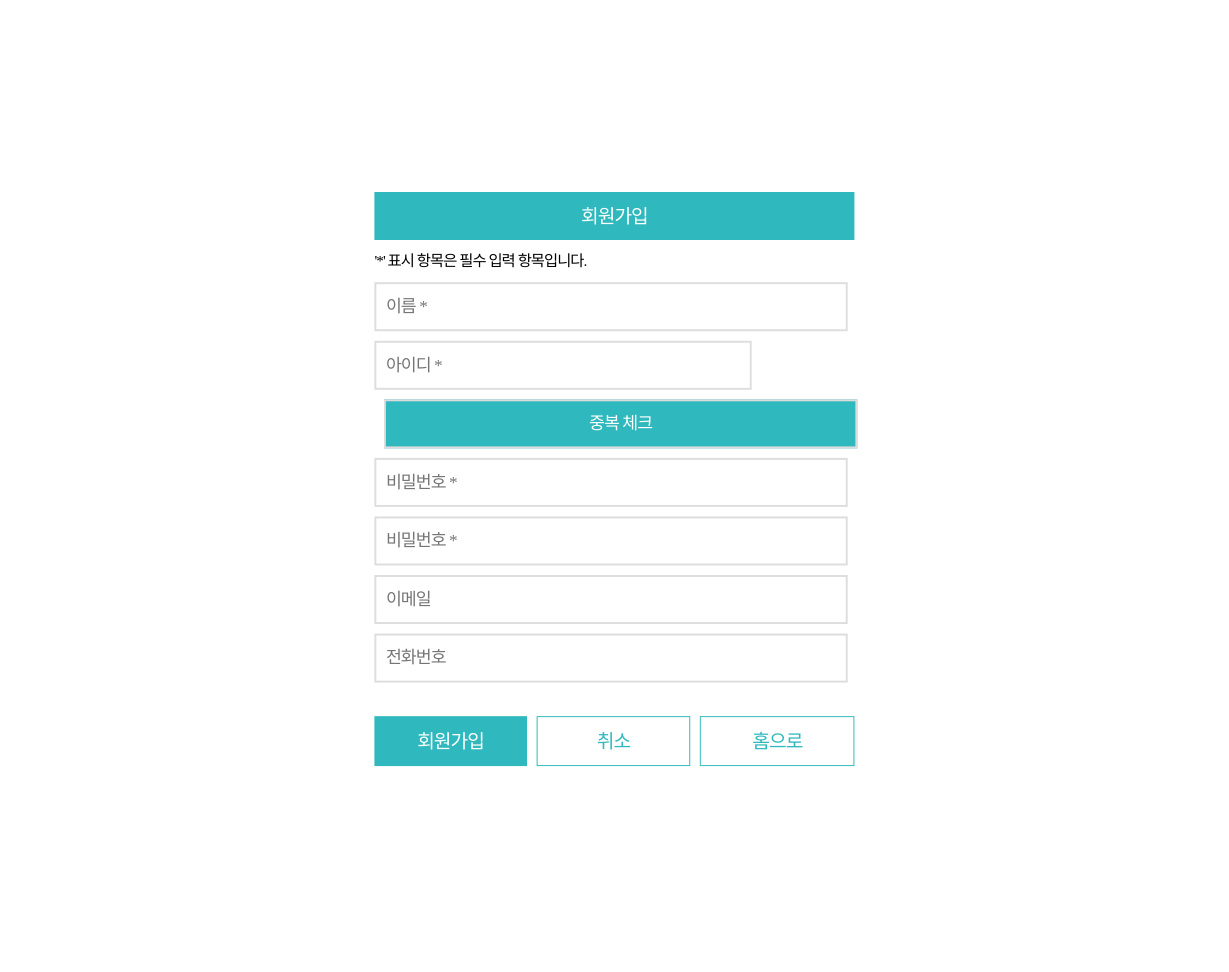
Repository: InhoKang92/jsp_1018
Page: http://localhost/Web_01/join.jsp
An editor plug-in stored every save of this project. The page is shown before and after the next save, followed by the edit.
The browser window is 1280 px wide. The pictures show the whole page, at 96% of full size.
Some web fonts or font styles are not loaded; a fallback is used. The page is served by Tomcat 9. Other server files are loaded and not shown.

Above is the page before, as saved 2024-10-16 02:13:16.

### Web_01/src/main/webapp/join.jsp
<%@ page language="java" contentType="text/html; charset=UTF-8"
pageEncoding="UTF-8"%>
<!DOCTYPE html>
<html>
<head>
<meta charset="UTF-8">

<link rel="stylesheet" href="css/reset.css">
<link rel="stylesheet" href="css/join.css">

<title>모던하우스 회원가입</title>
</head>
<body>


      <form method="post" name="frm">

        <div class="join_box">
            <div class="title_box">회원가입</div>
            <p class="mand">'*' 표시 항목은 필수 입력 항목입니다.</p>
            <div class="input_box">
            	<input class="name_input" type="text" placeholder="이름 *" name="username">
                <input class="id_input" type="text" placeholder="아이디 *" name="userid">
                <input class="idcheck_btn" type="button" value="중복 체크" onclick="idCheck()">
                <input class="pw_input" type="password" placeholder="비밀번호 *" name="pwd">
                <input class="pw_check_input" type="password" placeholder="비밀번호 *" name="pwd_check">
                <input class="email_input" type="text" placeholder="이메일" name="email">
            	<input class="phone_input" type="text" placeholder="전화번호" name="phone">
            </div>
            <div class="button_box">
            	<input type="submit" class="join_btn" value="회원가입" onclick="return ">
            	<input type="reset" class="reset_btn" value="취소">
            	<input type="button" class="home_btn" value="홈으로" onclick="location.href='ModernServlet?command=mdh_index'">
            </div>


        </div>
      </form>

</body>
</html>

### Web_01/src/main/webapp/css/reset.css
@charset "utf-8";

@font-face {
    font-family: 'Pretendard-Regular';
    src: url('https://fastly.jsdelivr.net/gh/Project-Noonnu/noonfonts_2107@1.1/Pretendard-Regular.woff') format('woff');
    font-weight: 400;
    font-style: normal;
}

/* CSS 리셋 */
* {
    margin: 0;
    padding: 0;
    color: #000;
    list-style: none;
    text-decoration: none;
    box-sizing: border-box;
    line-height: 1.5;
    letter-spacing: -1px;
    font-family: 'Pretendard-Regular';
}

### Web_01/src/main/webapp/css/join.css
@charset "utf-8";

.join_box {
    width: 500px;
    margin: 200px auto;
}
.title_box {
    width: 100%;
    background-color: #2fb8bd;
    border: none;
    color: #fff;
    font-size: 20px;
    padding: 10px;
    text-align: center;
}
.mand {
	margin: 10px 0;
}

.input_box {
    width: 500px;
}

.input_box>input {
    display: inline-block;
    width: 493px;
    border: 2px solid #ddd;
    padding: 10px;
    font-size: 18px;
    margin-bottom: 10px;
}

.input_box>.id_input {
    display: inline-block;
    width: 393px;
    border: 2px solid #ddd;
    padding: 10px;
    font-size: 18px;
    margin-bottom: 10px;
}

.idcheck_btn {
	display: inline-block;
	width: 90px;
	margin-left: 10px;
	border: none;
	background-color: #2fb8bd;
	color: #fff;
	padding: 10px;
    font-size: 14px;
}

.button_box {
    display: flex;
    gap: 10px;
    width: 500px;

}
.join_btn {
	flex: 1;
	text-align: center;
	background-color: #2fb8bd;
    border: none;
    color: #fff;
    font-size: 20px;
    padding: 10px;
    margin-top: 25px;
    margin-bottom: 15px;
    cursor: pointer;
}

.reset_btn {
	flex: 1;
	text-align: center;
	background-color: #fff;
    border: 1px solid #2fb8bd;
    color: #2fb8bd;
    font-size: 20px;
    padding: 10px;
    margin-top: 25px;
    margin-bottom: 15px;
    cursor: pointer;
}

.home_btn {
	flex: 1;
	text-align: center;
	background-color: #fff;
    border: 1px solid #2fb8bd;
    color: #2fb8bd;
    font-size: 20px;
    padding: 10px;
    margin-top: 25px;
    margin-bottom: 15px;
    cursor: pointer;
}

After the next save:
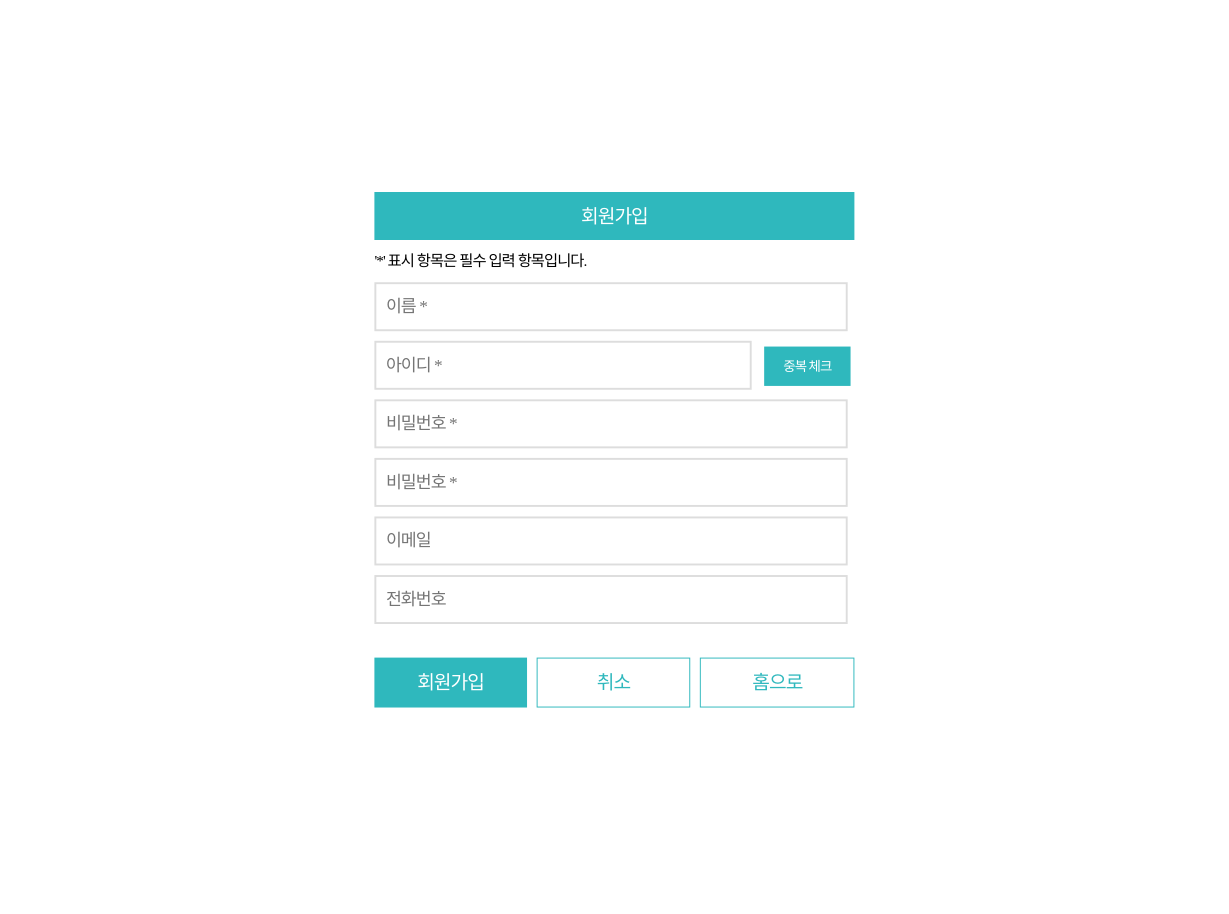
Saved 23 s later.
--- a/Web_01/src/main/webapp/css/join.css
+++ b/Web_01/src/main/webapp/css/join.css
@@ -39,7 +39,7 @@
     margin-bottom: 10px;
 }
 
-.idcheck_btn {
+.input_box>.idcheck_btn {
 	display: inline-block;
 	width: 90px;
 	margin-left: 10px;
